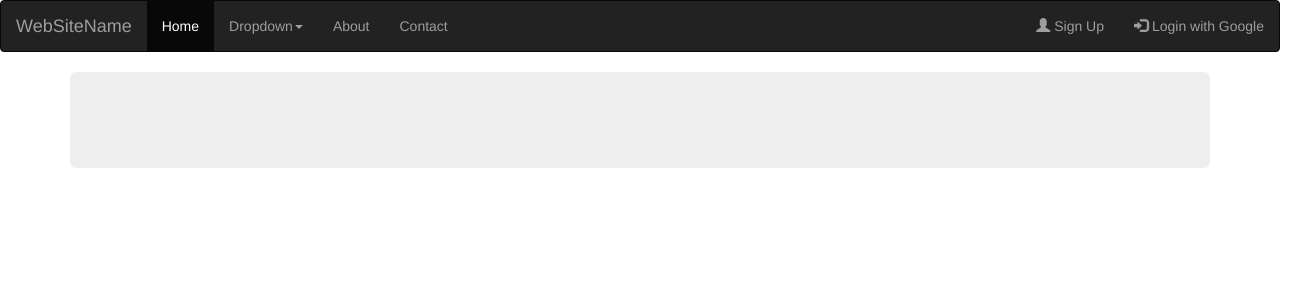
Repository: punithavathi/J2EEconcepts
Page: Bootstrap/war/index.html
These files come from the project's save history. The page is drawn as it stood at one moment and after the next save; the edit follows.
The browser window is 1280 px wide. The page is 1280 px wide, then 1295 px, so the pictures cover 1295 px, including what lies to the right of the window. The pictures show the whole page.
Some web libraries are served in a nearby version.

Above is the page before, as saved 2015-10-28 16:47:32.

### Bootstrap/war/index.html
<!DOCTYPE html>
<html lang="en">
<head>
  <title>Bootstrap Case</title>
  <meta charset="utf-8">
  <meta name="viewport" content="width=device-width, initial-scale=1">
  <link rel="stylesheet" href="http://maxcdn.bootstrapcdn.com/bootstrap/3.3.5/css/bootstrap.min.css">
  <script src="https://ajax.googleapis.com/ajax/libs/jquery/1.11.3/jquery.min.js"></script>
  <script src="http://maxcdn.bootstrapcdn.com/bootstrap/3.3.5/js/bootstrap.min.js"></script>
</head>
<style>
..bgimage {
background-image: url(download.jpg);
background-size: 100%;
}
</style>
<body>

<nav class="navbar navbar-inverse">
  <div class="container-fluid">
    <div class="navbar-header">
      <a class="navbar-brand" href="#">WebSiteName</a>
    </div>
    <div>
      <ul class="nav navbar-nav">
        <li class="active"><a href="#">Home</a></li>
        <li class="dropdown"><a class="dropdown-toggle" data-toggle="dropdown" href="#">Dropdown<span class="caret"></span></a>
          <ul class="dropdown-menu">
            <li><a href="#">html</a></li>
            <li><a href="#">css</a></li>
            <li><a href="#">jquery</a></li>
          </ul>
        </li>
        <li><a href="#">About</a></li>
        <li><a href="#">Contact</a></li>
      </ul>
      <ul class="nav navbar-nav navbar-right">
        <li><a href="#"><span class="glyphicon glyphicon-user"></span> Sign Up</a></li>
        <li><a href="#"><span class="glyphicon glyphicon-log-in"></span> Login with Google</a></li>
      </ul>
    </div>
  </div>
</nav>
<div class="container">
<div class="jumbotron">


 </div>

</div>


</body>
</html>

After the next save:
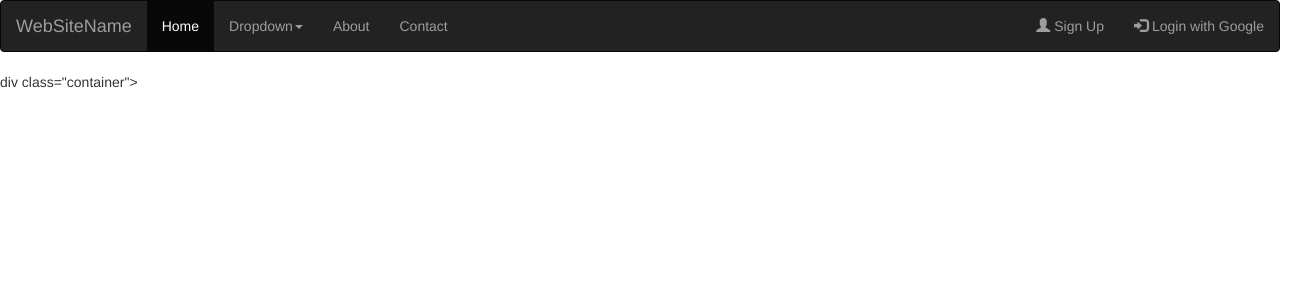
Saved 19 s later.
--- a/Bootstrap/war/index.html
+++ b/Bootstrap/war/index.html
@@ -41,14 +41,13 @@
     </div>
   </div>
 </nav>
-<div class="container">
-<div class="jumbotron">
-
-
+div class="container">
+ <div class="row">
+  <div class="col-md-12 bgimage">
+   <div class="bgimage-inside"></div>
+  </div>
  </div>
-
 </div>
-
 
 </body>
 </html>
